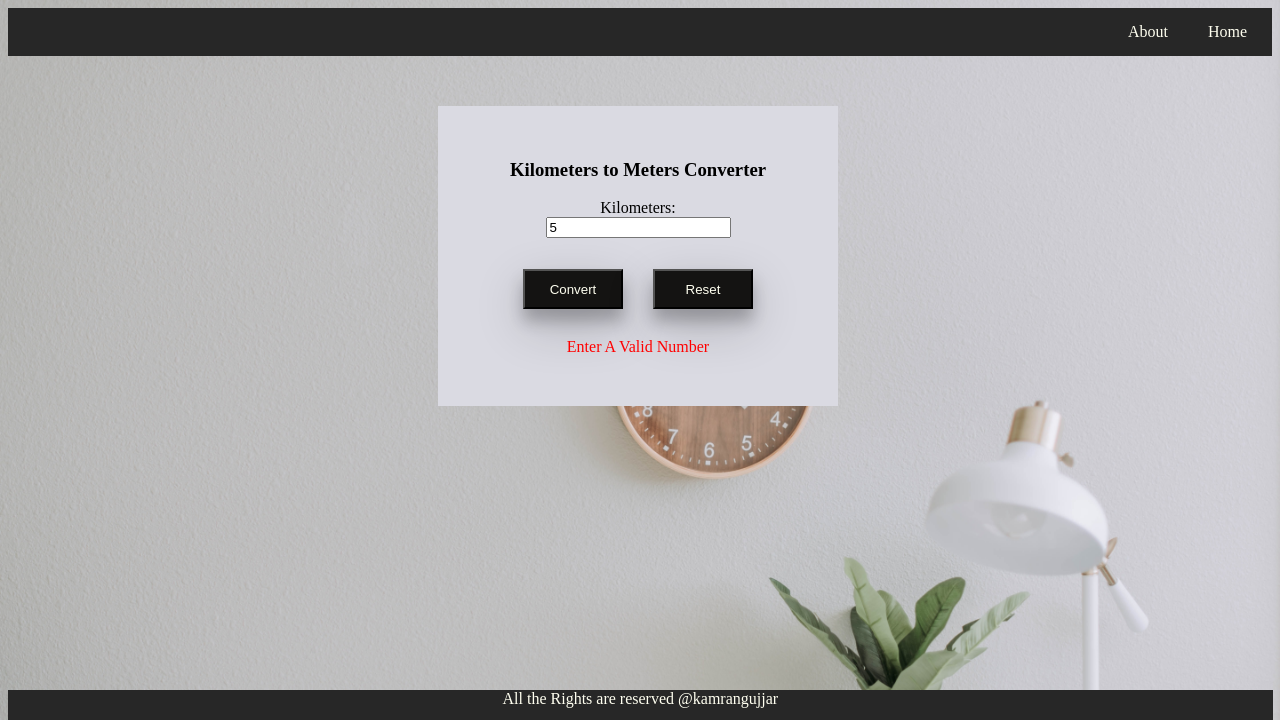
Repository: Kamrangujjar85112/Length-Converter
Page: html/km_m.html
An editor plug-in stored every save of this project. The page is shown before and after the next save, followed by the edit.
The browser window is 1280 px wide. The pictures show the whole page.
Empty fields were first filled with sample values (such as "Sample", 5 or name@example.com).
After loading, the first visible `#convert` was clicked once.

Above is the page before, as saved 2022-01-27 04:30:10.

### html/km_m.html
<!-- kilometers to meters -->
<!DOCTYPE html>
<html lang="en">
<head>
    <meta charset="UTF-8">
    <meta http-equiv="X-UA-Compatible" content="IE=edge">
    <meta name="viewport" content="width=device-width, initial-scale=1.0">
    <title>Converter</title>
    <link rel="stylesheet" href="../css/style.css">
</head>
<body>
    <div class="container ">

        <!-- navbar -->
        <div class="header">
            <nav>
                <ul class="nav-ul">
                    <li class="nav-li"><a href="home.html">Home</a></li>
                    <li class="nav-li"><a href="about.html">About</a></li>
                </ul>
            </nav>
        </div>
        <!-- end navbar -->

        <!-- content -->
        <div class="flex-container">
            <div>
                <h3>Kilometers to Meters Converter</h3>

                <label>Kilometers:</label><br>
                <input type="number" id="kilometersToMeters" placeholder="Enter kilometers" value=""><br><br>
                <button id="convert">Convert</button>
                <input type="reset" value="Reset" id="reset"><br>
                <p id="resultp">Meters: <span id="kmToM"></span></p>
                <p id="errorp" style="display: none;"></span></p>
            </div>
        </div>
        <!-- end content -->

        <!-- footer -->
        <footer class="footer">
            <span>All the Rights are reserved @kamrangujjar</span>
        </footer>
        <!-- end footer -->
    </div>

    <!-- javascript link -->
    <script src="../js/converter.js"></script>
</body>
</html>

### css/style.css
/* body */
body{
    background-image: url('backg.jpg');
    background-repeat: no-repeat;
    background-attachment: fixed;
    background-size: cover;
/* aboutpage  */
}
.aboutclass {
    margin-top: 10px;
    margin-left: 300px;
    margin-bottom: 10px;
    padding-bottom: 30px;
    color: #3F51B5;
    height: 100%;
    width: 50%;
    background-color: rgb(218, 218, 226);
    text-align: left;
}
/* texts on about page */
.texts{
    margin-left: 10px;
    padding-left: 10px;
}
/* skills list */
.listFlex {
    display: flex;
    list-style: none;
    text-decoration: none;
}
/* about image */
img {
  width: 300px;
  height: 300px;
  align-items: center;
  margin-top: 20px;
  padding-left: 150px;
}
/* header of every page */
.header{
    top: 0;
    width: 100%;
    margin: 0;
    position: relative;

}
/* navbar */
.nav-ul{
    list-style-type: none;
    margin: 0;
    overflow: hidden;
    background: rgb(39, 39, 39);
  }
/* navbarlist */
.nav-li {
    padding-right: 10px;
    float: right;
    align-items: inherit;
}
/* navbarlist links  */
.nav-li a {
    display: block;
    color: ivory;
    text-align:center;
    padding: 15px 15px;
    text-decoration: none;
}
/* navbar hover */
.nav-li a:hover {
    background-color: rgba(4, 192, 29, 0.733);
}
/* links on homepage */
.link {
    list-style: none;
    text-align: left;
    align-items: left;
    margin: 10px;
    width: 300px;
}
/* footer class */
footer{
    bottom: 0;
    width: 98.8%;
    position: fixed;
    color: ivory;
    height: 30px;
    text-align: center;
    background: rgb(39, 39, 39);
}
/* button decoration    */
button{
    width: 100%;
    height:40px;
    color: ivory;
    background-color: #141312;
    margin:13px;
    box-shadow: 0 12px 16px 0 rgba(0,0,0,0.24), 0 17px 50px 0 rgba(0,0,0,0.19);
}
/* convert buttons */
#convert{
    width: 100px;
    height:40px;
    color: ivory;
    background-color: #141312;
    margin:13px;
    box-shadow: 0 12px 16px 0 rgba(0,0,0,0.24), 0 17px 50px 0 rgba(0,0,0,0.19);
}
/* reset buttons */
#reset{
    width: 100px;
    height:40px;
    color: ivory;
    background-color: #141312;
    margin:13px;
    box-shadow: 0 12px 16px 0 rgba(0,0,0,0.24), 0 17px 50px 0 rgba(0,0,0,0.19);
}
/* flex box of converters */
.flex-container {
    margin-top: 50px;
    margin-left: 430px;
    display: flex;
    justify-content: center;
    align-items: center;
    height: 300px;
    width: 400px;
    background-color: rgb(218, 218, 226);
    text-align: center;
  }

### js/converter.js
// Getting Elements from the pages
const inputCmToMm = document.getElementById('centimetersToMilimeters');
const inputMiToKm = document.getElementById('milesToKilometers');
const inputMToCm = document.getElementById('metersToCentimeters');
const inputCmToKm = document.getElementById('centimetersToKilometers');
const inputKmToM = document.getElementById('kilometersToMeters');
const inputMiToM = document.getElementById('milesToMeters');
const inputFValue = document.getElementById('firstValue');
const inputSValue = document.getElementById('secondValue');
const p = document.getElementById('percent');
const convert = document.getElementById('convert');
const reset = document.getElementById('reset');

// // Converter
convert?.addEventListener('click', function converter(){
// centimeters To kilometers
if(inputCmToKm?.value > 0){
    const Km2 = inputCmToKm?.value / 100000;
    document.getElementById('resultp').style.display ='block';
    document.getElementById('errorp').style.display ='none';
    document.getElementById('cmToKm').innerHTML = inputCmToKm?.value +' Centimeters are equal to ' +Km2 + ' Kilometers';
    return;
}else{

    document.getElementById('resultp').style.display ='none';
    document.getElementById('errorp').style.display ='block';
    document.getElementById('errorp').innerHTML =  '<span style="color:red;">Enter A Valid Number</span>';
}
// centimeters To Milimeters
if(inputCmToMm?.value > 0){
    const Mm = inputCmToMm?.value * 10;
    document.getElementById('resultp').style.display ='block';
    document.getElementById('errorp').style.display ='none';
    document.getElementById('cmToMm').innerHTML = inputCmToMm?.value +' Centimeters are equal to ' +Mm + ' Milimeters';
    return;
}else{

    document.getElementById('resultp').style.display ='none';
    document.getElementById('errorp').style.display ='block';
    document.getElementById('errorp').innerHTML =  '<span style="color:red;">Enter A Valid Number</span>';
}
    // Miles to kilometers
if(inputMiToKm?.value > 0){
    const Km1 = inputMiToKm?.value * 1.609;
    document.getElementById('resultp').style.display ='block';
    document.getElementById('errorp').style.display ='none';
    document.getElementById('miToKm').innerHTML = inputMiToKm?.value +' Miles are equal to ' +Km1 + ' Kilometers';
    return;
}else{

    document.getElementById('resultp').style.display ='none';
    document.getElementById('errorp').style.display ='block';
    document.getElementById('errorp').innerHTML =  '<span style="color:red;">Enter A Valid Number</span>';
}
// Meters to Centimeters
if(inputMToCm?.value > 0){
    const Cm1 = inputMToCm?.value * 100;
    document.getElementById('resultp').style.display ='block';
    document.getElementById('errorp').style.display ='none';
    document.getElementById('mToCm').innerHTML = inputMToCm?.value +' Meters are equal to ' +Cm1 + ' Centimeters';
    return;
}else{

    document.getElementById('resultp').style.display ='none';
    document.getElementById('errorp').style.display ='block';
    document.getElementById('errorp').innerHTML =  '<span style="color:red;">Enter A Valid Number</span>';
}
    // kilometers To meters
if(Number.isInteger(inputKmToM.value) ){
    const M1 = inputKmToM.value * 1000;
    document.getElementById('resultp').style.display ='block';
    document.getElementById('errorp').style.display ='none';
    document.getElementById('kmToM').innerHTML = inputKmToM.value +' Kilometers are equal to ' +M1 + ' Meters';
    return;
}else{
    console.log('error');
    document.getElementById('resultp').style.display ='none';
    document.getElementById('errorp').style.display ='block';
    document.getElementById('errorp').innerHTML =  '<span style="color:red;">Enter A Valid Number</span>';
}
    // Miles To meters
if(inputMiToM?.value > 0){
    const M2 = inputMiToM?.value * 1609;
    document.getElementById('resultp').style.display ='block';
    document.getElementById('errorp').style.display ='none';
    document.getElementById('miToM').innerHTML = inputMiToM?.value +' Miles are equal to ' +M2 + ' Meters';
    return;
}else{

    document.getElementById('resultp').style.display ='none';
    document.getElementById('errorp').style.display ='block';
    document.getElementById('errorp').innerHTML =  '<span style="color:red;">Enter A Valid Number</span>';
}
    // percentage
if(inputFValue?.value  > 0 || inputSValue?.value){
    const fValue = inputFValue?.value;
    const sValue = inputSValue?.value;
    const per = (fValue  / 100) * sValue;
    document.getElementById('resultp').style.display ='block';
    document.getElementById('errorp').style.display ='none';
    document.getElementById('percent').innerHTML = 'The ' + fValue +' Percent of ' +sValue + ' is ' + per ;
    return;
}else{

    document.getElementById('resultp').style.display ='none';
    document.getElementById('errorp').style.display ='block';
    document.getElementById('errorp').innerHTML =  '<span style="color:red;">Enter A Valid Number</span>';
}
});

// // Reset
reset?.addEventListener('click', function reset(){

// centimeters To kilometers
if(inputCmToKm?.value || inputCmToKm?.value === 0 || inputCmToKm?.value != Number){
document.getElementById('centimetersToKilometers').value = "";
document.getElementById('cmToKm').innerHTML = "";
document.getElementById('cmToKmpError').innerHTML = "";
}
// centimeters To Milimeters
if(inputCmToMm?.value || inputCmToMm?.value === 0 || inputCmToMm?.value != Number){
    document.getElementById('centimetersToMilimeters').value= "";
    document.getElementById('cmToMm').innerHTML = "";
    document.getElementById('cmToMmpError').innerHTML = "";
}
// Miles to kilometers
if(inputMiToKm?.value || inputMiToKm?.value === 0 || inputMiToKm?.value != Number){
    document.getElementById('milesToKilometers').value = "";
    document.getElementById('miToKm').innerHTML = "";
    document.getElementById('miToKmpError').innerHTML ="";
}
// Meters to Centimeters
if(inputMToCm?.value || inputMToCm?.value === 0 || inputMToCm?.value != Number){
    document.getElementById('metersToCentimeters').value = "";
    document.getElementById('mToCm').innerHTML = "";
    document.getElementById('mToCmpError').innerHTML = "";
}
// kilometers To meters
if(inputKmToM?.value || inputKmToM?.value === 0 || inputKmToM?.value != Number){
    document.getElementById('kilometersToMeters').value = "";
    document.getElementById('kmToM').innerHTML = "";
    document.getElementById('kmToMpError').innerHTML ="";
}
// Miles To Meters
if(inputMiToM?.value || inputMiToM?.value === 0 || inputMiToM?.value != Number){
    document.getElementById('milesToMeters').value = "";
    document.getElementById('miToM').innerHTML = "";
    document.getElementById('miToMpError').innerHTML= "";
}
// percentage
if(inputFValue?.value || inputSValue?.value || inputFValue?.value === 0  || inputSValue?.value === 0 || inputFValue?.value != Number || inputSValue?.value != Number){
    document.getElementById('firstValue').value = "";
    document.getElementById('secondValue').value = "";
    document.getElementById('percent').innerHTML = "";
    document.getElementById('percentpError').innerHTML ="";
}
});

After the next save:
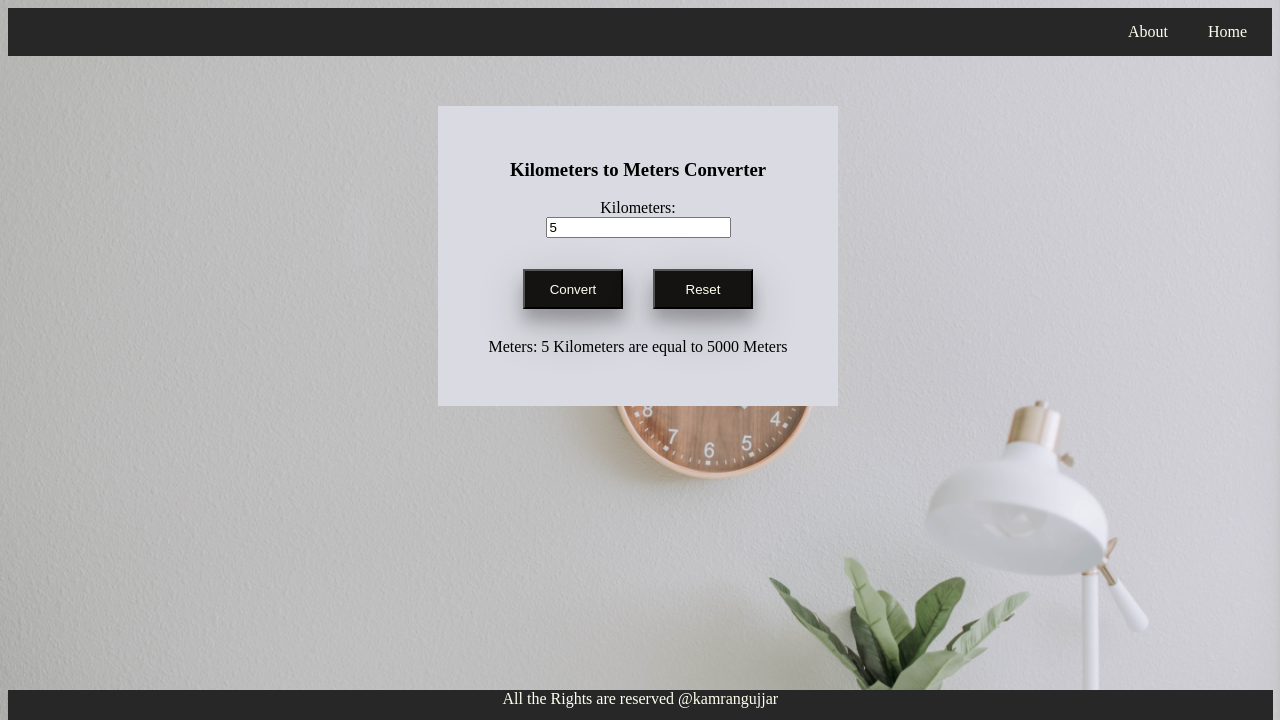
Saved 21 s later.
--- a/js/converter.js
+++ b/js/converter.js
@@ -66,7 +66,7 @@ if(inputMToCm?.value > 0){
     document.getElementById('errorp').innerHTML =  '<span style="color:red;">Enter A Valid Number</span>';
 }
     // kilometers To meters
-if(Number.isInteger(inputKmToM.value) ){
+if(inputKmToM.value > 0){
     const M1 = inputKmToM.value * 1000;
     document.getElementById('resultp').style.display ='block';
     document.getElementById('errorp').style.display ='none';
